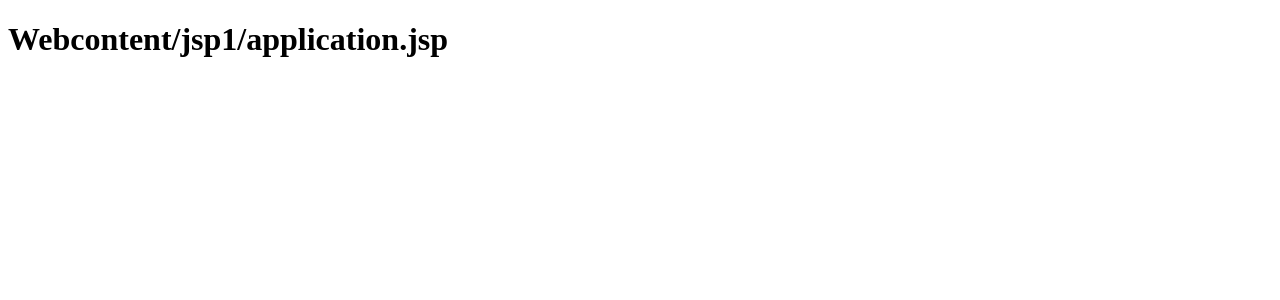
Repository: ReadStar/workspace_jsp
Page: http://localhost/StudyJSP/jsp1/application.jsp
These files come from the project's save history. The page is drawn as it stood at one moment and after the next save; the edit follows.
The browser window is 1280 px wide. The pictures show the whole page.
The page is served by Tomcat 9.

Above is the page before, as saved 2020-08-10 02:41:51.

After the next save:
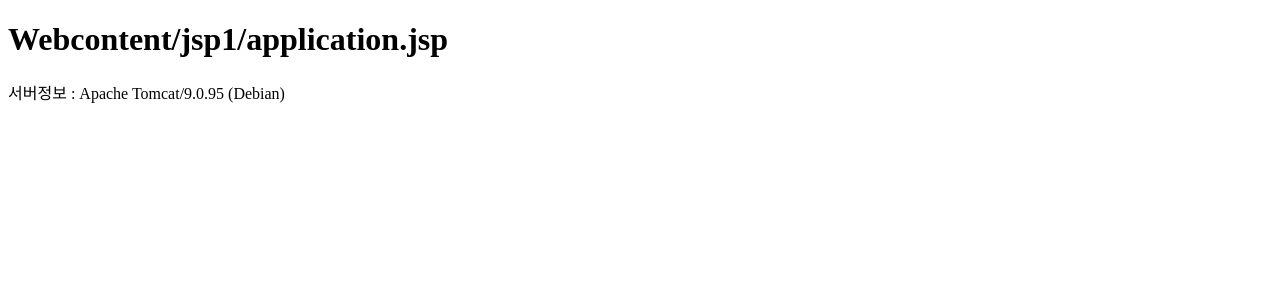
Saved 62 s later.
--- a/StudyJSP/WebContent/jsp1/application.jsp
+++ b/StudyJSP/WebContent/jsp1/application.jsp
@@ -14,5 +14,6 @@
 //									:	서버가 start되면 application기억장소 하나만 만들어짐
 //									:	서버가stop되면 application기억장소 사라짐
 %>
+서버정보 : <%=application.getServerInfo() %>
 </body>
 </html>
